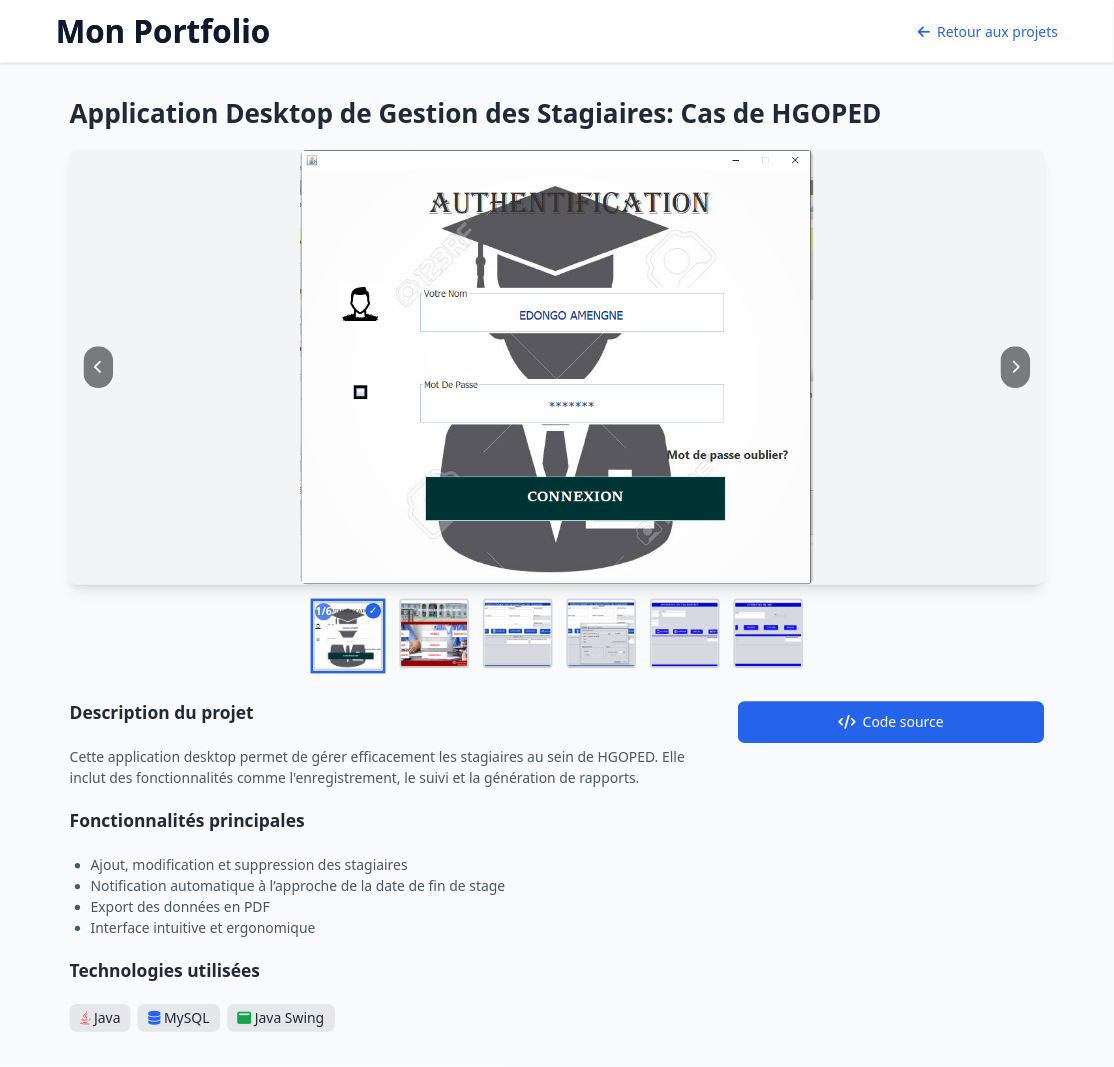
Repository: Edongo999/landry-portfolio
Page: projet-gestion-stagiaires.html
The author's editor kept a copy of each file at every save. The page is drawn from the files as they stood at one save, then again after the next save.
The browser window is 1280 px wide. The pictures show the whole page, at 87% of full size.
Some web libraries are served in a nearby version.

Above is the page before, as saved 2025-09-14 03:26:30.

### projet-gestion-stagiaires.html

<!DOCTYPE html>
<html lang="fr">
<head>
  <meta charset="UTF-8" />
  <meta name="viewport" content="width=device-width, initial-scale=1.0" />
  <title>Détail du projet - Portfolio</title>
  <script src="https://cdn.tailwindcss.com"></script>
  <link rel="stylesheet" href="https://cdnjs.cloudflare.com/ajax/libs/font-awesome/6.4.0/css/all.min.css">
  <style>
    /* Miniature active */
    .thumb-active {
      border: 3px solid #2563eb !important; /* bordure bleue */
      position: relative;
    }
    /* Overlay ✓ */
    .thumb-active::after {
      content: "✓";
      position: absolute;
      top: 2px;
      right: 2px;
      background-color: #2563eb;
      color: white;
      font-size: 12px;
      width: 18px;
      height: 18px;
      border-radius: 50%;
      display: flex;
      align-items: center;
      justify-content: center;
    }
    /* Numéro indicateur */
    .thumb-number {
      position: absolute;
      top: 2px;
      left: 2px;
      background-color: rgba(37,99,235,0.8);
      color: white;
      font-size: 12px;
      width: 20px;
      height: 20px;
      border-radius: 50%;
      display: flex;
      align-items: center;
      justify-content: center;
      font-weight: bold;
    }
  </style>
</head>
<body class="bg-gray-50 text-gray-800">

  <!-- Header -->
  <header class="bg-white shadow p-4 sticky top-0 z-50">
    <div class="max-w-6xl mx-auto flex justify-between items-center">
    <h1 class="text-3xl md:text-4xl font-bold text-gray-900 relative overflow-hidden" id="portfolio-title">
  Mon Portfolio
  <span class="absolute inset-0 bg-white/30 opacity-0" id="title-glow"></span>
</h1>

<style>
  /* Animation d'apparition et explosion lumineuse */
  #portfolio-title {
    opacity: 0;
    transform: scale(0.8);
    animation: appear 1s forwards, explode 0.6s 1s forwards;
  }

  @keyframes appear {
    to {
      opacity: 1;
      transform: scale(1);
    }
  }

  @keyframes explode {
    0% {
      text-shadow: 0 0 0 #2563eb;
    }
    50% {
      text-shadow: 0 0 10px #2563eb, 0 0 20px #2563eb, 0 0 30px #2563eb;
    }
    100% {
      text-shadow: 0 0 0 #2563eb;
    }
  }
</style>

      <!-- Lien vers la section Mes Projets -->
      <a href="index.html#projects" class="flex items-center gap-2 text-blue-600 hover:text-blue-800 font-medium">
  <i class="fas fa-arrow-left"></i> Retour aux projets
</a>

    </div>
  </header>

  <!-- Section Détail Projet -->
  <section class="max-w-6xl mx-auto px-4 py-10">
 <h2 class="text-3xl font-bold mb-6">Application Desktop de Gestion des Stagiaires: Cas de HGOPED</h2>



    <!-- Slider images/vidéos -->
    <div class="relative w-full max-h-[500px] mx-auto overflow-hidden rounded-lg shadow-lg mb-4 flex justify-center items-center bg-gray-100">
      <div id="slide-container" class="w-full flex justify-center items-center"></div>
      <button onclick="prevSlide()" class="absolute top-1/2 left-4 transform -translate-y-1/2 bg-black/50 text-white p-3 rounded-full z-10">
        <i class="fas fa-chevron-left"></i>
      </button>
      <button onclick="nextSlide()" class="absolute top-1/2 right-4 transform -translate-y-1/2 bg-black/50 text-white p-3 rounded-full z-10">
        <i class="fas fa-chevron-right"></i>
      </button>
    </div>

    <!-- Miniatures -->
    <div class="flex justify-center gap-4 mb-8 relative" id="thumbnails">
      <div class="relative"><img src="assets/img/GESTION_STA1.PNG" class="w-20 h-20 object-cover cursor-pointer border-2 border-gray-300 rounded" onclick="goToSlide(0)"></div>
      <div class="relative"><img src="assets/img/application desktop.PNG" class="w-20 h-20 object-cover cursor-pointer border-2 border-gray-300 rounded" onclick="goToSlide(1)"></div>
      <div class="relative"><img src="assets/img/application desktop2.PNG" class="w-20 h-20 object-cover cursor-pointer border-2 border-gray-300 rounded" onclick="goToSlide(2)"></div>
      <div class="relative"><img src="assets/img/application desktop3.PNG" class="w-20 h-20 object-cover cursor-pointer border-2 border-gray-300 rounded" onclick="goToSlide(3)"></div>
      <div class="relative"><img src="assets/img/application desktop4.PNG" class="w-20 h-20 object-cover cursor-pointer border-2 border-gray-300 rounded" onclick="goToSlide(4)"></div>
      <div class="relative"><img src="assets/img/application desktop5.PNG" class="w-20 h-20 object-cover cursor-pointer border-2 border-gray-300 rounded" onclick="goToSlide(5)"></div>
    </div>

    <!-- Description + boutons -->
    <div class="grid grid-cols-1 md:grid-cols-3 gap-8">
      <div class="md:col-span-2 space-y-6">
        <h3 class="text-xl font-semibold mb-2">Description du projet</h3>
        <p class="text-gray-600 mb-4">
          Cette application desktop permet de gérer efficacement les stagiaires au sein de HGOPED.
          Elle inclut des fonctionnalités comme l'enregistrement, le suivi et la génération de rapports.
        </p>

        <h3 class="text-xl font-semibold mb-2">Fonctionnalités principales</h3>
        <ul class="list-disc pl-6 text-gray-600 mb-4">
          <li>Ajout, modification et suppression des stagiaires</li>
          <li> Notification automatique à l’approche de la date de fin de stage</li>
          <li>Export des données en PDF</li>
          <li>Interface intuitive et ergonomique</li>
        </ul>

        <h3 class="text-xl font-semibold mb-2">Technologies utilisées</h3>
        <div class="flex flex-wrap gap-2 mb-4">
          <span class="flex items-center gap-1 px-3 py-1 bg-gray-200 rounded-lg"><i class="fab fa-java text-red-600"></i> Java</span>
          <span class="flex items-center gap-1 px-3 py-1 bg-gray-200 rounded-lg"><i class="fas fa-database text-blue-600"></i> MySQL</span>
          <span class="flex items-center gap-1 px-3 py-1 bg-gray-200 rounded-lg"><i class="fas fa-window-maximize text-green-600"></i> Java Swing</span>
        </div>
      </div>

      <div class="flex flex-col gap-4 md:sticky md:top-32">

        <a href="https://github.com/Edongo999/Application_de_gestion-des_stagiaires.git" target="_blank" class="flex items-center justify-center w-full bg-blue-600 text-white py-3 rounded-lg text-center hover:bg-blue-700">
          <i class="fas fa-code mr-2"></i> Code source
        </a>
      </div>
    </div>
  </section>

<script>
  const slides = [
    { type: 'image', src: "assets/img/GESTION_STA1.PNG" },
    { type: 'image', src: "assets/img/application desktop.PNG" },
    { type: 'image', src: "assets/img/application desktop2.PNG" },
    { type: 'image', src: "assets/img/application desktop3.PNG" },
    { type: 'image', src: "assets/img/application desktop4.PNG" },
    { type: 'image', src: "assets/img/application desktop5.PNG" },
  ];

  let index = 0;
  let slideInterval;
  let userInteracting = false;

  const container = document.getElementById("slide-container");
  const thumbContainers = document.querySelectorAll('#thumbnails > div');
  const thumbs = document.querySelectorAll('#thumbnails img');

  function showSlide() {
    container.innerHTML = '';
    const slide = slides[index];
    const img = document.createElement("img");
    img.src = slide.src;
    img.alt = "Capture du projet";
    img.className = "w-auto max-h-[500px] object-contain rounded-lg transition-all duration-700";
    container.appendChild(img);

    // Miniatures et numéro
    thumbContainers.forEach((div, i) => {
      const oldNum = div.querySelector('.thumb-number');
      if(oldNum) oldNum.remove();
      div.classList.toggle('thumb-active', i === index);
      if(i === index){
        const num = document.createElement('span');
        num.className = 'thumb-number';
        num.textContent = `${i+1}/${slides.length}`;
        div.appendChild(num);
      }
    });
  }

  function nextSlide() { index = (index + 1) % slides.length; showSlide(); }
  function prevSlide() { index = (index - 1 + slides.length) % slides.length; showSlide(); }
  function goToSlide(i){ index = i; showSlide(); }

  function startAutoSlide() { slideInterval = setInterval(()=>{ if(!userInteracting) nextSlide(); }, 20000); }
  function stopAutoSlide(){ clearInterval(slideInterval); }

  const slideWrapper = document.querySelector('.relative');

  slideWrapper.addEventListener('mouseenter', () => userInteracting = true);
  slideWrapper.addEventListener('mouseleave', () => userInteracting = false);

  thumbs.forEach((thumb, i)=>{
    thumb.addEventListener('click', ()=>{
      userInteracting = true;
      goToSlide(i);
      setTimeout(()=> userInteracting=false,2000);
    });
  });

  document.querySelector('.absolute.left-4').addEventListener('click', ()=>{
    userInteracting=true;
    prevSlide();
    setTimeout(()=> userInteracting=false,2000);
  });
  document.querySelector('.absolute.right-4').addEventListener('click', ()=>{
    userInteracting=true;
    nextSlide();
    setTimeout(()=> userInteracting=false,2000);
  });

  showSlide();
  startAutoSlide();
</script>
</body>
</html>

After the next save:
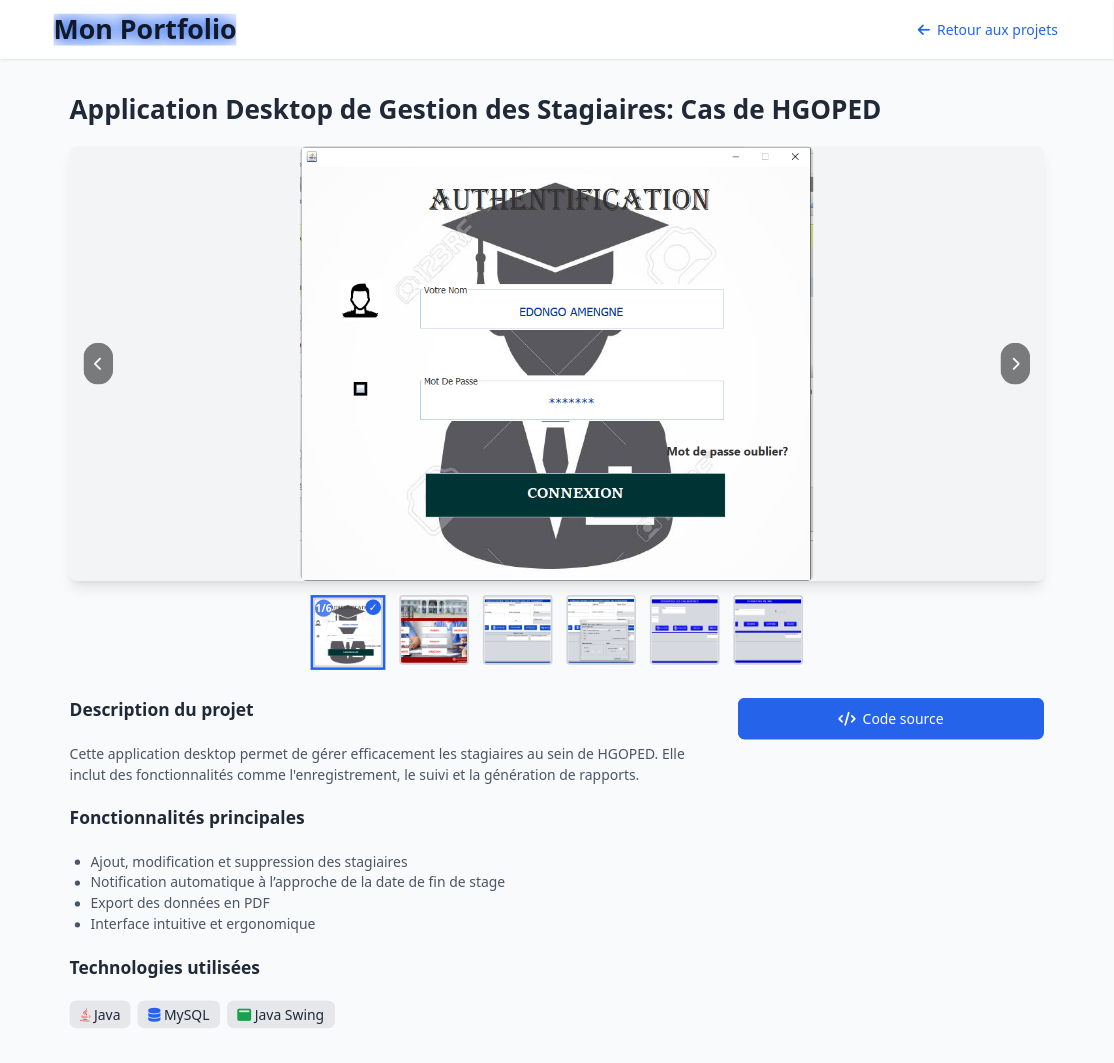
Saved 2 min 2 s later.
--- a/projet-gestion-stagiaires.html
+++ b/projet-gestion-stagiaires.html
@@ -52,38 +52,42 @@
   <!-- Header -->
   <header class="bg-white shadow p-4 sticky top-0 z-50">
     <div class="max-w-6xl mx-auto flex justify-between items-center">
-    <h1 class="text-3xl md:text-4xl font-bold text-gray-900 relative overflow-hidden" id="portfolio-title">
+   <h1 class="text-2xl md:text-3xl font-bold text-gray-900 relative overflow-hidden" id="portfolio-title">
   Mon Portfolio
-  <span class="absolute inset-0 bg-white/30 opacity-0" id="title-glow"></span>
 </h1>
 
 <style>
-  /* Animation d'apparition et explosion lumineuse */
+  /* Animation répétitive apparition + explosion lumineuse */
   #portfolio-title {
-    opacity: 0;
-    transform: scale(0.8);
-    animation: appear 1s forwards, explode 0.6s 1s forwards;
+    animation: appearExplode 2s ease-in-out infinite;
   }
 
-  @keyframes appear {
-    to {
+  @keyframes appearExplode {
+    0% {
+      opacity: 0.2;
+      transform: scale(0.9);
+      text-shadow: 0 0 0px #2563eb;
+    }
+    30% {
       opacity: 1;
       transform: scale(1);
-    }
-  }
-
-  @keyframes explode {
-    0% {
-      text-shadow: 0 0 0 #2563eb;
+      text-shadow: 0 0 5px #2563eb, 0 0 10px #2563eb;
     }
     50% {
-      text-shadow: 0 0 10px #2563eb, 0 0 20px #2563eb, 0 0 30px #2563eb;
+      text-shadow: 0 0 15px #2563eb, 0 0 25px #2563eb, 0 0 35px #2563eb;
+    }
+    70% {
+      transform: scale(1.05);
+      text-shadow: 0 0 10px #2563eb, 0 0 20px #2563eb;
     }
     100% {
-      text-shadow: 0 0 0 #2563eb;
+      opacity: 1;
+      transform: scale(1);
+      text-shadow: 0 0 5px #2563eb, 0 0 10px #2563eb;
     }
   }
 </style>
+
 
       <!-- Lien vers la section Mes Projets -->
       <a href="index.html#projects" class="flex items-center gap-2 text-blue-600 hover:text-blue-800 font-medium">
